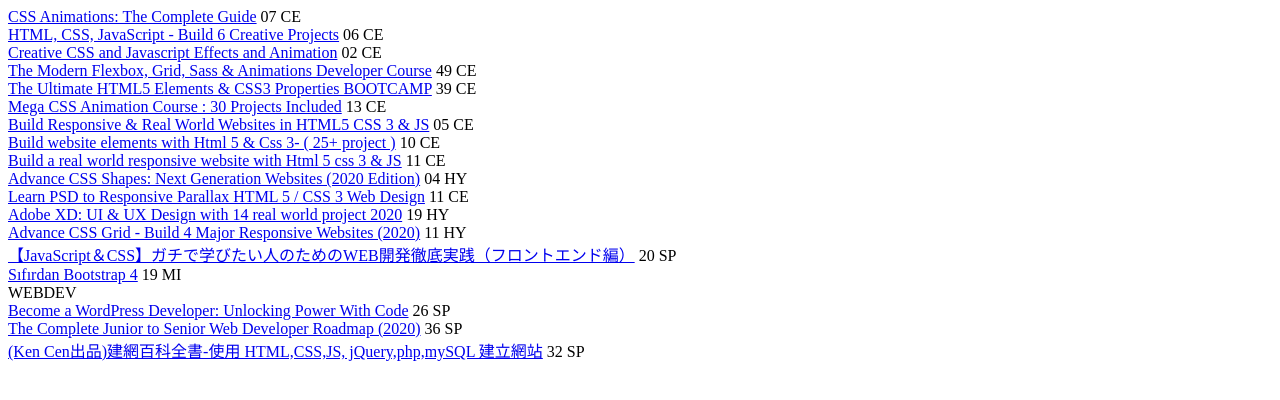
Repository: ClementLight/plan
Page: tmp.html
An editor plug-in stored every save of this project. The page is shown before and after the next save, followed by the edit.
The browser window is 1280 px wide. The pictures show the whole page.

Above is the page before, as saved 2020-09-01 14:48:23.

### tmp.html

        <div class="lesson lesson-background-filter">
          <a class="lessonname" href="https://www.udemy.com/course/css-animations-the-complete-guide/learn/lecture/21508866?start=0#overview">CSS Animations: The Complete Guide</a>
          <span class="hours">07</span>
          <span class="account">CE</span>
        </div>
        <div class="lesson lesson-background-filter">
          <a class="lessonname" href="https://www.udemy.com/course/html-css-javascript-course-build-6-creative-projects/learn/lecture/12194674?start=180#overview">HTML, CSS, JavaScript - Build 6 Creative Projects</a>
          <span class="hours">06</span>
          <span class="account">CE</span>
        </div>
        <div class="lesson lesson-background-filter">
          <a class="lessonname" href="https://www.udemy.com/course/creative-css-and-javascript-effects-and-animation/learn/lecture/20827122#overview">Creative CSS and Javascript Effects and Animation</a>
          <span class="hours">02</span>
          <span class="account">CE</span>
        </div>
        <div class="lesson lesson-background-filter">
          <a class="lessonname" href="https://www.udemy.com/course/the-modern-flexbox-grid-sass-animations-developer-course/learn/lecture/20861738?start=15#questions">The Modern Flexbox, Grid, Sass & Animations Developer Course</a>
          <span class="hours">49</span>
          <span class="account">CE</span>
        </div>
        <div class="lesson lesson-background-filter">
          <a class="lessonname" href="https://www.udemy.com/course/the-most-up-tp-date-html5-css3-level-1-essentials-with-100-challenges/learn/lecture/18515152?start=131#overview">The Ultimate HTML5 Elements & CSS3 Properties BOOTCAMP</a>
          <span class="hours">39</span>
          <span class="account">CE</span>
        </div>
        <div class="lesson lesson-background-filter">
          <a class="lessonname" href="https://www.udemy.com/course/mega-css-animation-course/learn/lecture/15322532?start=0#overview">Mega CSS Animation Course : 30 Projects Included</a>
          <span class="hours">13</span>
          <span class="account">CE</span>
        </div>
        <div class="lesson lesson-background-filter">
          <a class="lessonname" href="https://www.udemy.com/course/build-responsive-real-world-websites-in-html5-css-3-js/learn/lecture/20595720?start=0#overview">Build Responsive & Real World Websites in HTML5 CSS 3 & JS</a>
          <span class="hours">05</span>
          <span class="account">CE</span>
        </div>
        <div class="lesson lesson-background-filter">
          <a class="lessonname" href="https://www.udemy.com/course/build-website-elements-with-html-5-css-3-25-project/learn/lecture/8485378?start=360#overview">Build website elements with Html 5 & Css 3- ( 25+ project )</a>
          <span class="hours">10</span>
          <span class="account">CE</span>
        </div>
        <div class="lesson lesson-background-filter">
          <a class="lessonname" href="https://www.udemy.com/course/build-a-real-world-responsive-website-with-html-5-css-3-js/learn/lecture/9007158?start=15#overview">Build a real world responsive website with Html 5 css 3 & JS</a>
          <span class="hours">11</span>
          <span class="account">CE</span>
        </div>
        <div class="lesson lesson-background-filter">
          <a class="lessonname" href="https://www.udemy.com/course/mastering-native-css-shapes/learn/lecture/7168320?start=0#overview">Advance CSS Shapes: Next Generation Websites (2020 Edition)</a>
          <span class="hours">04</span>
          <span class="account">HY</span>
        </div>
        <div class="lesson lesson-background-filter">
          <a class="lessonname" href="https://www.udemy.com/course/learn-psd-to-responsive-parallax-html-5-css-3-web-design/learn/lecture/12566652?start=0#overview">Learn PSD to Responsive Parallax HTML 5 / CSS 3 Web Design</a>
          <span class="hours">11</span>
          <span class="account">CE</span>
        </div>
        <div class="lesson lesson-background-filter">
          <a class="lessonname" href="https://www.udemy.com/course/adobe-xd-ui-ux-design-with-10-real-world-project-2020-tuto/learn/lecture/18412718?start=0#overview">Adobe XD: UI & UX Design with 14 real world project 2020</a>
          <span class="hours">19</span>
          <span class="account">HY</span>
        </div>
        <div class="lesson lesson-background-filter">
          <a class="lessonname" href="https://www.udemy.com/course/css-grid-the-complete-guide/learn/lecture/10099838?start=0#overview">Advance CSS Grid - Build 4 Major Responsive Websites (2020)</a>
          <span class="hours">11</span>
          <span class="account">HY</span>
        </div>

        <div class="lesson lesson-background-filter">
          <a class="lessonname" href="https://www.udemy.com/course/front-dev-tutorial/learn/lecture/17695216?start=477#overview">【JavaScript＆CSS】ガチで学びたい人のためのWEB開発徹底実践（フロントエンド編）</a>
          <span class="hours">20</span>
          <span class="account">SP</span>
        </div>
        <div class="lesson lesson-background-filter">
          <a class="lessonname" href="https://www.udemy.com/course/sifirdan-bootstrap-4/learn/lecture/15031248#overview">Sıfırdan Bootstrap 4</a>
          <span class="hours">19</span>
          <span class="account">MI</span>
        </div>
      </div>
    </section>
    <section class="maincontainers">
      <div class="lessontype">WEBDEV</div>
      <div class="lessons">
        <div class="lesson lesson-background-filter">
          <a class="lessonname" href="https://www.udemy.com/course/become-a-wordpress-developer-php-javascript/learn/lecture/7076998?start=270#overview">Become a WordPress Developer: Unlocking Power With Code</a>
          <span class="hours">26</span>
          <span class="account">SP</span>
        </div>
        <div class="lesson lesson-background-filter">
          <a class="lessonname" href="https://www.udemy.com/course/the-complete-junior-to-senior-web-developer-roadmap/learn/lecture/10409076?start=0#overview">The Complete Junior to Senior Web Developer Roadmap (2020)</a>
          <span class="hours">36</span>
          <span class="account">SP</span>
        </div>
        <div class="lesson lesson-background-filter">
          <a class="lessonname" href="https://www.udemy.com/course/ken-cens/learn/lecture/5246918?start=30#overview"> (Ken Cen出品)建網百科全書-使用 HTML,CSS,JS, jQuery,php,mySQL 建立網站</a>
          <span class="hours">32</span>
          <span class="account">SP</span>
        </div>
      </div>
    </section>

  </section>

After the next save:
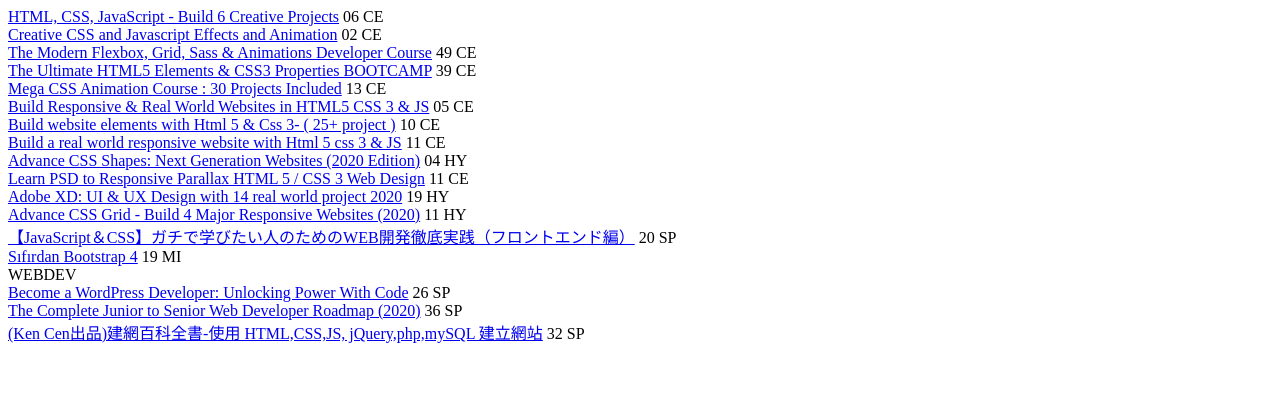
Saved 6 s later.
--- a/tmp.html
+++ b/tmp.html
@@ -1,9 +1,4 @@
 
-        <div class="lesson lesson-background-filter">
-          <a class="lessonname" href="https://www.udemy.com/course/css-animations-the-complete-guide/learn/lecture/21508866?start=0#overview">CSS Animations: The Complete Guide</a>
-          <span class="hours">07</span>
-          <span class="account">CE</span>
-        </div>
         <div class="lesson lesson-background-filter">
           <a class="lessonname" href="https://www.udemy.com/course/html-css-javascript-course-build-6-creative-projects/learn/lecture/12194674?start=180#overview">HTML, CSS, JavaScript - Build 6 Creative Projects</a>
           <span class="hours">06</span>
